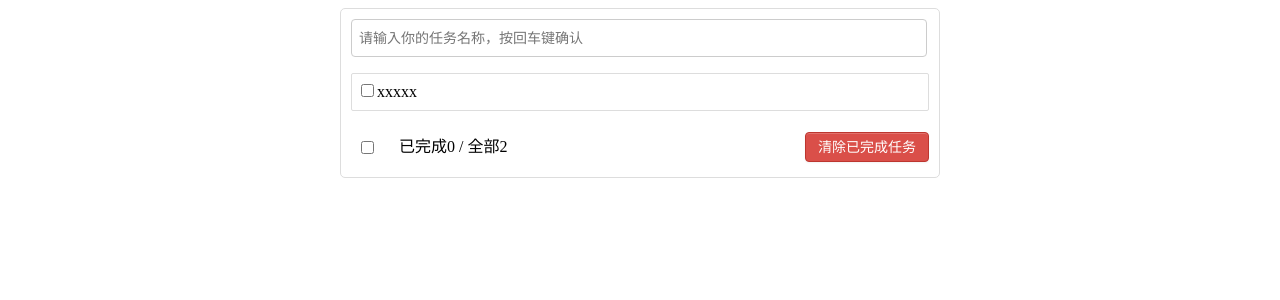
Repository: 319226862/wyy
Page: / (app in vue_test/)
An editor plug-in stored every save of this project. The page is shown before and after the next save, followed by the edit.
The browser window is 1280 px wide. The pictures show the whole page.
The project was rebuilt for these pictures with package versions that can differ from the ones it lists, and the page was loaded fresh each time. Also part of the build but not shown: vue_test/vue.config.js.

Above is the page before, as saved 2023-06-19 16:50:43.

### vue_test/public/index.html
<!DOCTYPE html>
<html lang="">
  <head>
    <meta charset="utf-8">
    <!-- 针对IE游览器的一个特殊配置，让IE游览器以最高级别的渲染页面 -->
    <meta http-equiv="X-UA-Compatible" content="IE=edge">
    <meta name="viewport" content="width=device-width,initial-scale=1.0">
    <link rel="icon" href="<%= BASE_URL %>favicon.ico">
    <title><%= htmlWebpackPlugin.options.title %></title>
  </head>
  <body>
    <noscript>
      <strong>We're sorry but <%= htmlWebpackPlugin.options.title %> doesn't work properly without JavaScript enabled. Please enable it to continue.</strong>
    </noscript>
    <div id="app"></div>
    <!-- built files will be auto injected -->
  </body>
</html>

### vue_test/src/main.js
// 引入vue
import Vue from 'vue'
// 引入App组件，他所有组件的父组件
import App from './App.vue'

// 关闭vue生产提示
Vue.config.productionTip = false

// 创建vue实例对象--vm
new Vue({
  render: h => h(App),
}).$mount('#app')

### vue_test/src/App.vue
<template>
  <div id="root">
    <div class="todo-container">
      <div class="todo-wrap">
        <MyHeader />
        <MyList />
        <MyFooter />
      </div>
    </div>
  </div>
</template>

<script>
import MyHeader from './components/MyHeader.vue'
import MyFooter from './components/MyFooter.vue'
import MyList from './components/MyList.vue'
export default {
  name:'App',
  data(){
    return{
      msg:'Welcome Vue'
    }
  },
  components:{
    MyHeader,
    MyList,
    MyFooter
  },
}
</script>
<style>
/*base*/
body {
  background: #fff;
}

.btn {
  display: inline-block;
  padding: 4px 12px;
  margin-bottom: 0;
  font-size: 14px;
  line-height: 20px;
  text-align: center;
  vertical-align: middle;
  cursor: pointer;
  box-shadow: inset 0 1px 0 rgba(255, 255, 255, 0.2), 0 1px 2px rgba(0, 0, 0, 0.05);
  border-radius: 4px;
}

.btn-danger {
  color: #fff;
  background-color: #da4f49;
  border: 1px solid #bd362f;
}

.btn-danger:hover {
  color: #fff;
  background-color: #bd362f;
}

.btn:focus {
  outline: none;
}

.todo-container {
  width: 600px;
  margin: 0 auto;
}
.todo-container .todo-wrap {
  padding: 10px;
  border: 1px solid #ddd;
  border-radius: 5px;
}


/*main*/
.todo-main {
  margin-left: 0px;
  border: 1px solid #ddd;
  border-radius: 2px;
  padding: 0px;
}

.todo-empty {
  height: 40px;
  line-height: 40px;
  border: 1px solid #ddd;
  border-radius: 2px;
  padding-left: 5px;
  margin-top: 10px;
}
/*item*/
li {
  list-style: none;
  height: 36px;
  line-height: 36px;
  padding: 0 5px;
  border-bottom: 1px solid #ddd;
}

li label {
  float: left;
  cursor: pointer;
}

li label li input {
  vertical-align: middle;
  margin-right: 6px;
  position: relative;
  top: -1px;
}

li button {
  float: right;
  display: none;
  margin-top: 3px;
}

li:before {
  content: initial;
}

li:last-child {
  border-bottom: none;
}

/*footer*/
.todo-footer {
  height: 40px;
  line-height: 40px;
  padding-left: 6px;
  margin-top: 5px;
}

.todo-footer label {
  display: inline-block;
  margin-right: 20px;
  cursor: pointer;
}

.todo-footer label input {
  position: relative;
  top: -1px;
  vertical-align: middle;
  margin-right: 5px;
}

.todo-footer button {
  float: right;
  margin-top: 5px;
}

</style>

### vue_test/src/components/MyHeader.vue
<template>
  <div class="todo-header">
    <input type="text" placeholder="请输入你的任务名称，按回车键确认"/>
  </div>
</template>

<script>
export default {
    name:'MyHeader'
}
</script>

<style scoped>
/*header*/
.todo-header input {
  width: 560px;
  height: 28px;
  font-size: 14px;
  border: 1px solid #ccc;
  border-radius: 4px;
  padding: 4px 7px;
}

.todo-header input:focus {
  outline: none;
  border-color: rgba(82, 168, 236, 0.8);
  box-shadow: inset 0 1px 1px rgba(0, 0, 0, 0.075), 0 0 8px rgba(82, 168, 236, 0.6);
}

</style>

### vue_test/src/components/MyFooter.vue
<template>
  <div class="todo-footer">
    <label>
      <input type="checkbox"/>
    </label>
    <span>
      <span>已完成0</span> / 全部2
    </span>
    <button class="btn btn-danger">清除已完成任务</button>
  </div>
</template>

<script>
export default {
    name:'MyFooter'
}
</script>

<style>

</style>

### vue_test/src/components/MyList.vue
<template>
  <ul class="todo-main">
    <MyItem />
  </ul>
</template>

<script>
import MyItem from './MyItem.vue'
export default {
    name:'MyList',
    components:{
      MyItem
    }
}
</script>

<style>

</style>

### vue_test/src/components/MyItem.vue
<template>
  <li>
    <label>
      <input type="checkbox"/>
      <span>xxxxx</span>
    </label>
    <button class="btn btn-danger" style="display:none">删除</button>
  </li>
</template>

<script>
export default {
    name:'MyItem'
}
</script>

<style>

</style>

After the next save:
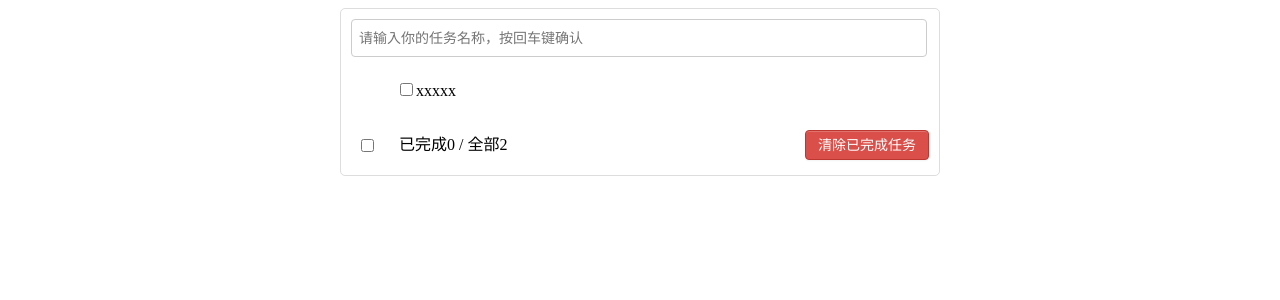
Saved 8 s later.
--- a/vue_test/src/App.vue
+++ b/vue_test/src/App.vue
@@ -73,22 +73,7 @@ body {
 }
 
 
-/*main*/
-.todo-main {
-  margin-left: 0px;
-  border: 1px solid #ddd;
-  border-radius: 2px;
-  padding: 0px;
-}
 
-.todo-empty {
-  height: 40px;
-  line-height: 40px;
-  border: 1px solid #ddd;
-  border-radius: 2px;
-  padding-left: 5px;
-  margin-top: 10px;
-}
 /*item*/
 li {
   list-style: none;

After the save that followed:
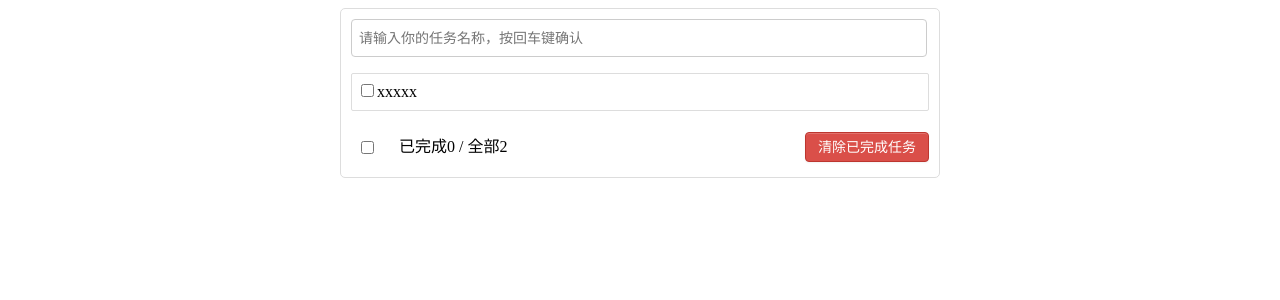
Saved 3 s later.
--- a/vue_test/src/components/MyList.vue
+++ b/vue_test/src/components/MyList.vue
@@ -15,5 +15,20 @@ export default {
 </script>
 
 <style>
+/*main*/
+.todo-main {
+  margin-left: 0px;
+  border: 1px solid #ddd;
+  border-radius: 2px;
+  padding: 0px;
+}
 
+.todo-empty {
+  height: 40px;
+  line-height: 40px;
+  border: 1px solid #ddd;
+  border-radius: 2px;
+  padding-left: 5px;
+  margin-top: 10px;
+}
 </style>
